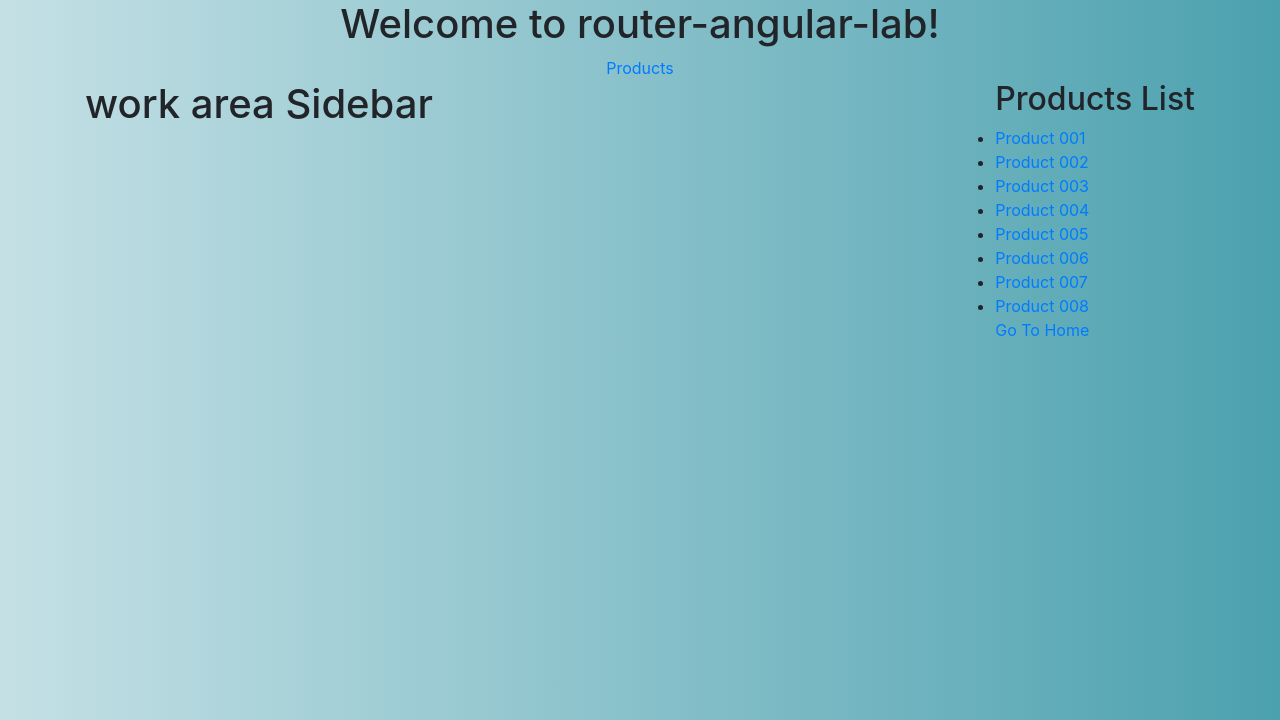
Repository: desalab/router-angular-lab
Page: /products
These files come from the project's save history. The page is drawn as it stood at one moment and after the next save; the edit follows.
The browser window is 1280 px wide. The pictures show the whole page.
The project was rebuilt for these pictures with package versions that can differ from the ones it lists, and the page was loaded fresh each time. Also part of the build but not shown: angular.json, src/app/product-detail/product-detail.component.ts, src/app/product-list-sidebar/product-list-sidebar.component.ts, src/app/home/home.component.ts.

Above is the page before, as saved 2018-12-06 01:06:57.

After the next save:
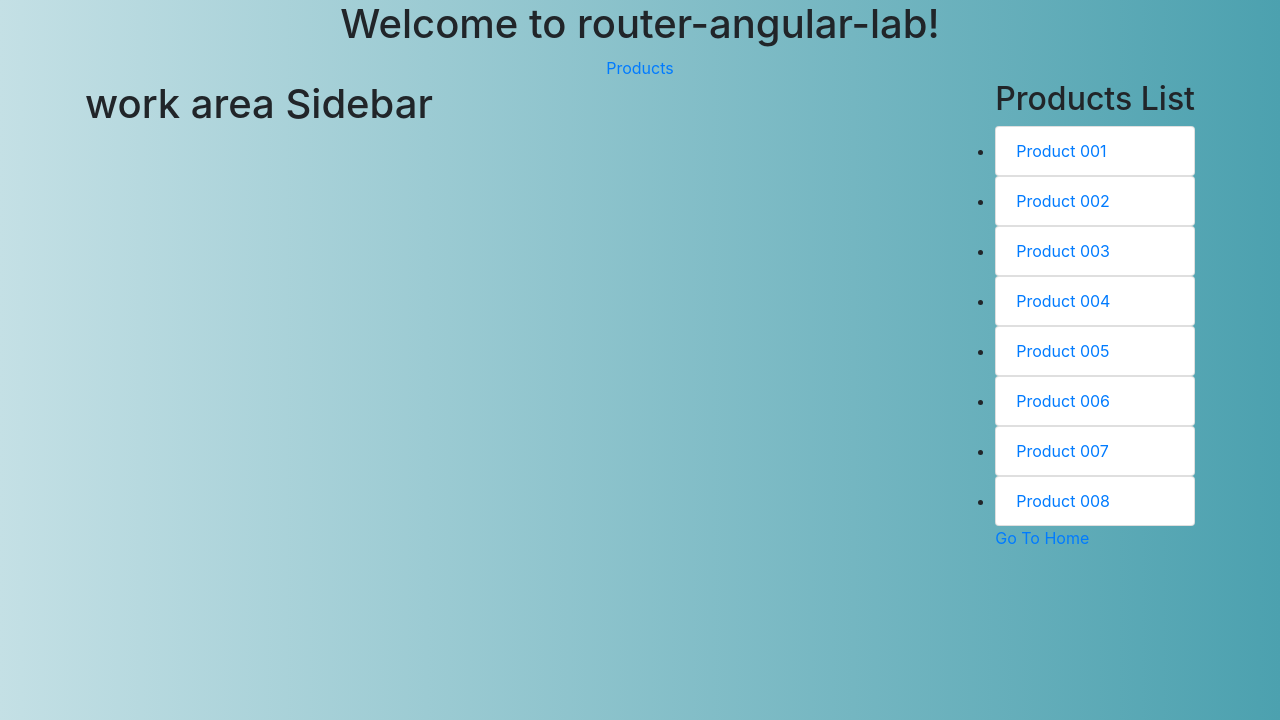
Saved 94 s later.
--- a/src/app/product-list/product-list.component.html
+++ b/src/app/product-list/product-list.component.html
@@ -2,7 +2,7 @@
 
 <ul class="list-group">
 	<li *ngFor="let product of products">
-		<a [routerLink]="['/product/', product.id]">{{product.name}}</a>
+		<a class="list-group-item" [routerLink]="['/product/', product.id]">{{product.name}}</a>
 	</li>
 </ul>
 
